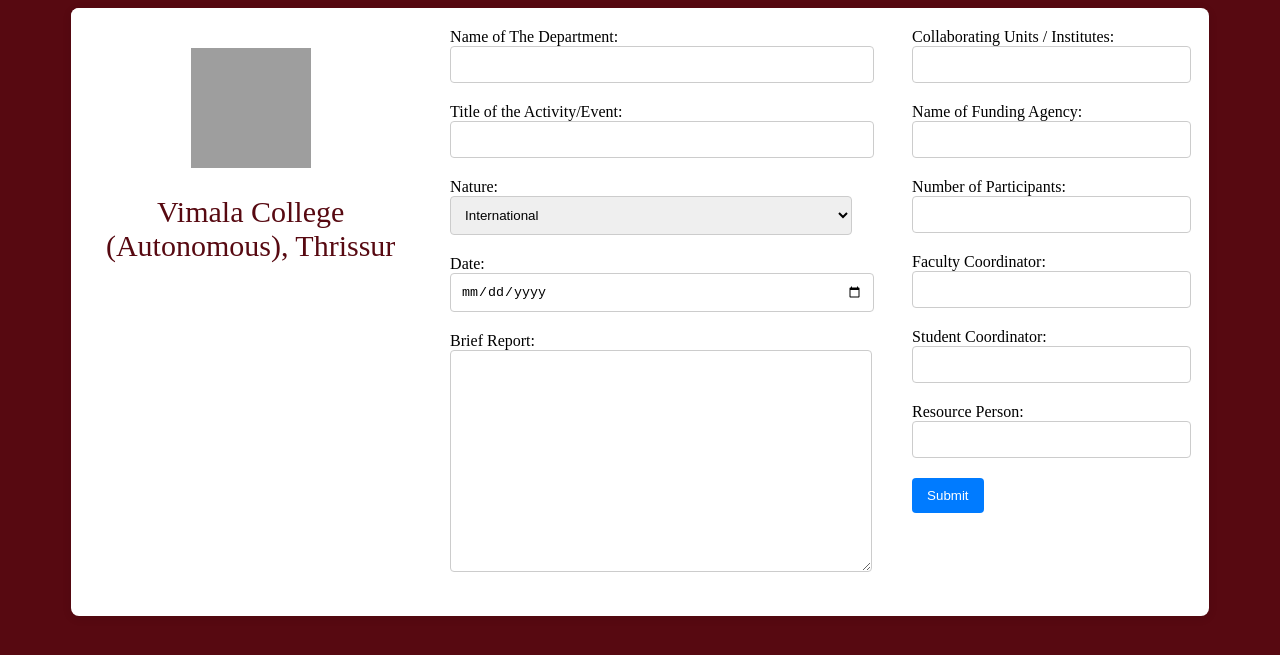
Repository: Rammjay/vimala-activity-report
Page: http://localhost/
These files come from the project's save history. The page is drawn as it stood at one moment and after the next save; the edit follows.
The browser window is 1280 px wide. The pictures show the whole page.
Pictures or frames that could not be fetched are drawn as grey boxes. The page is served by the project's application, run on Django 5.2 (report/manage.py).

Above is the page before, as saved 2024-09-22 15:23:11.

After the next save:
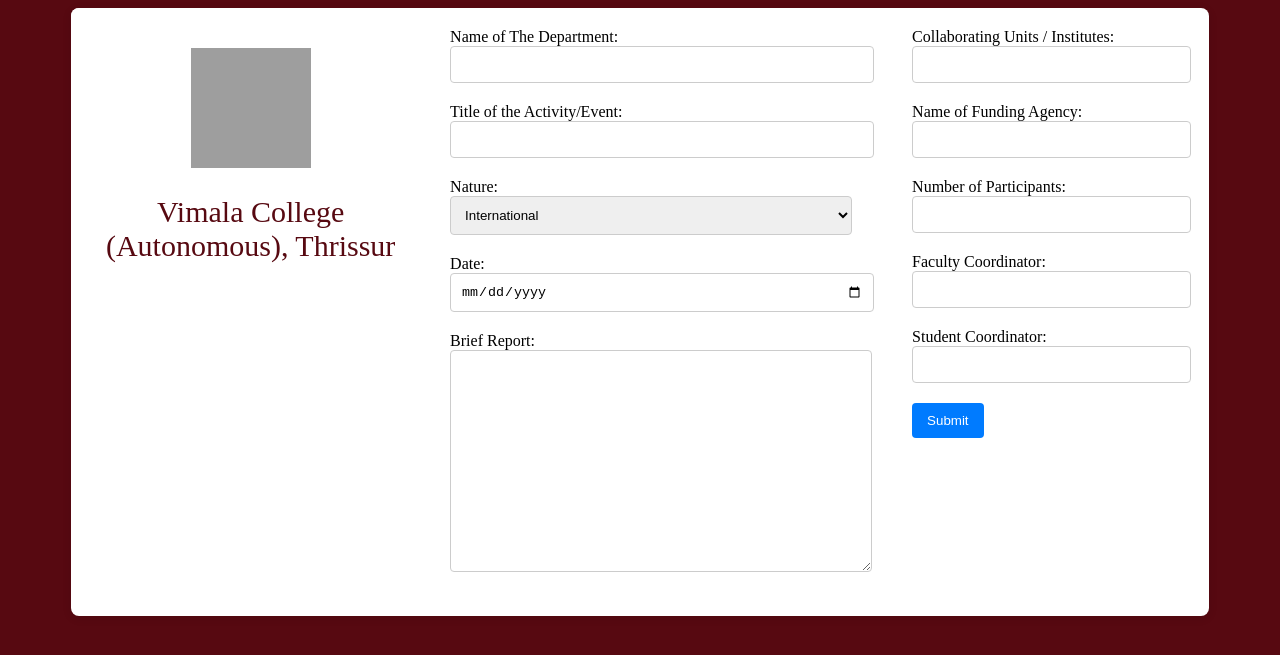
Saved 7 s later.
--- a/vim/report/reports/templates/1.html
+++ b/vim/report/reports/templates/1.html
@@ -132,8 +132,7 @@
                     <label for="sco">Student Coordinator:</label>
                     <input type="text" id="sco" name="sco" maxlength="25" required>
 
-                    <label for="rp">Resource Person:</label>
-                    <input type="text" id="rp" name="rp" maxlength="25" required>
+
 
                 <button type="button" onclick="handleSubmit()">Submit</button>
                 </form>
